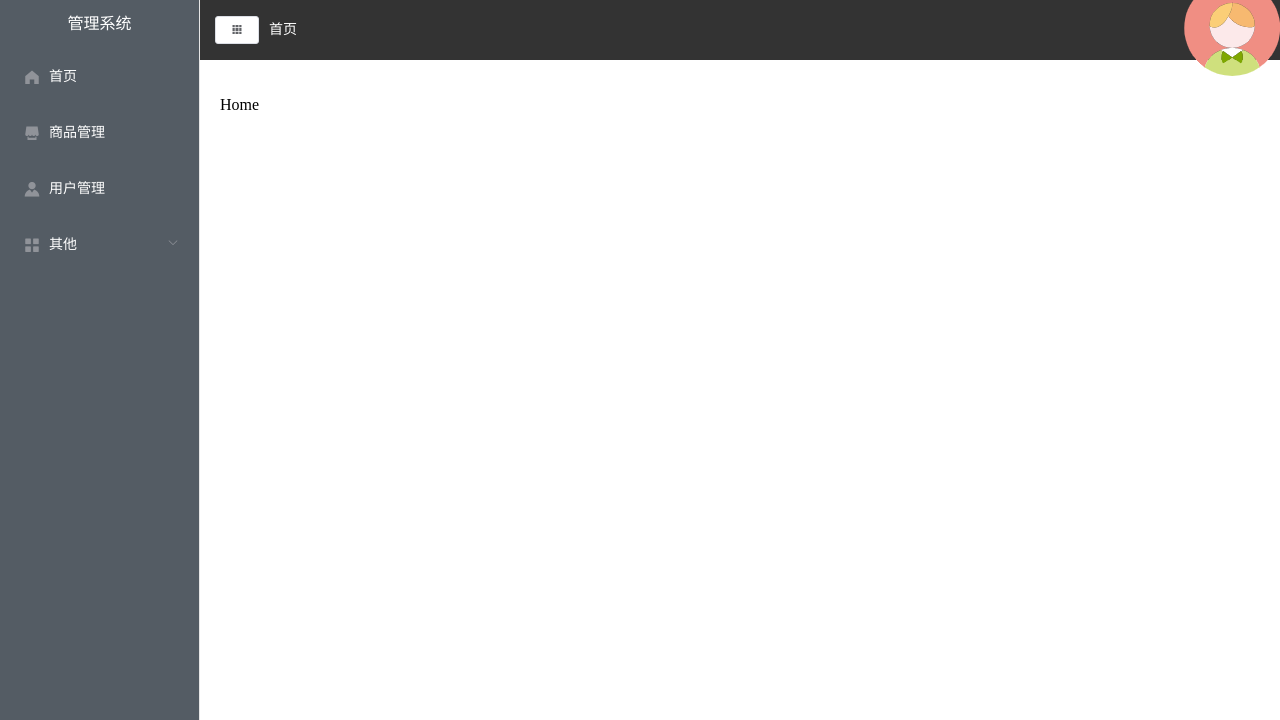
Repository: tkqi/manage
Page: /
The author's editor kept a copy of each file at every save. The page is drawn from the files as they stood at one save, then again after the next save.
The browser window is 1280 px wide. The pictures show the whole page.
The project was rebuilt for these pictures with package versions that can differ from the ones it lists, and the page was loaded fresh each time. Also part of the build but not shown: vue.config.js.

Above is the page before, as saved 2023-12-01 16:11:21.

After the next save:
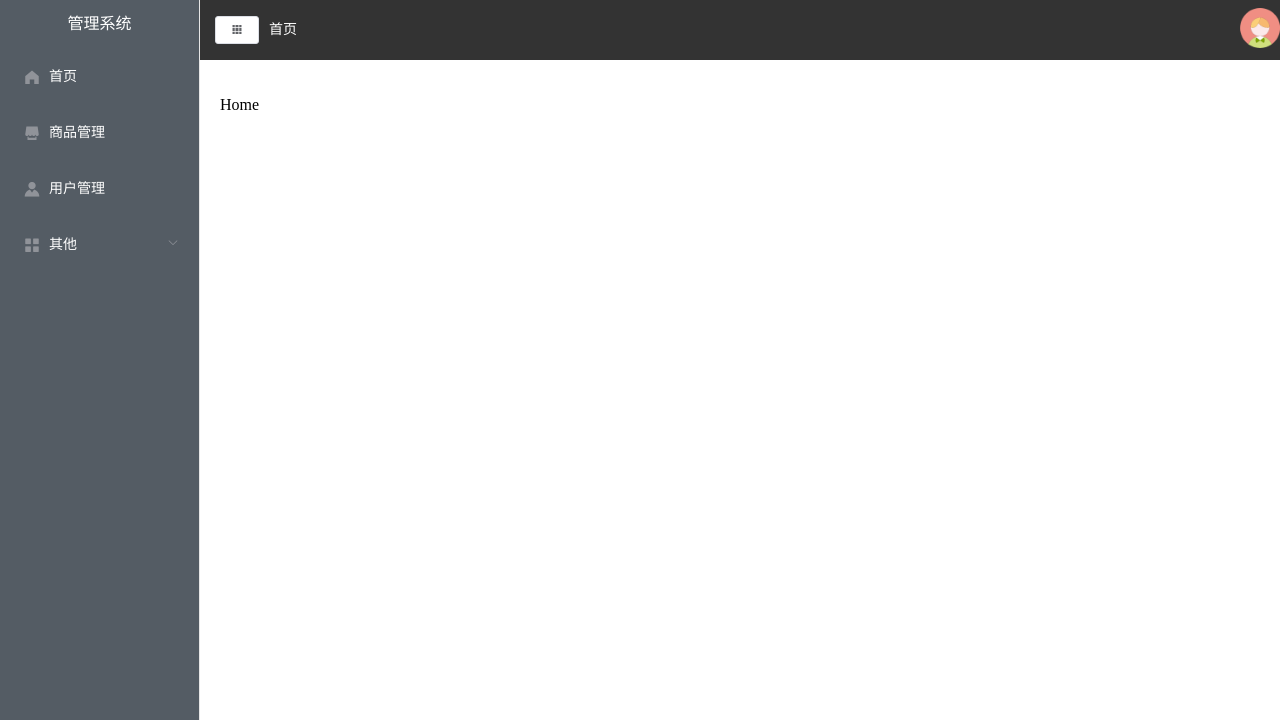
Saved 61 s later.
--- a/src/components/topbar.vue
+++ b/src/components/topbar.vue
@@ -9,7 +9,7 @@
         <div class="r-content">
             <el-dropdown>
                 <span class="el-dropdown-link">
-                    <img src="../assets/img/user-default.png" alt="">
+                    <img class="img" src="../assets/img/user-default.png" alt="">
                 </span>
                 <el-dropdown-menu slot="dropdown">
                     <el-dropdown-item>黄金糕</el-dropdown-item>
@@ -49,4 +49,10 @@ export default {
     font-size: 14px;
     padding-left: 10px;
 }
+
+.img{
+    height: 40px;
+    width: 40px;
+    border-radius: 10px;
+}
 </style>
